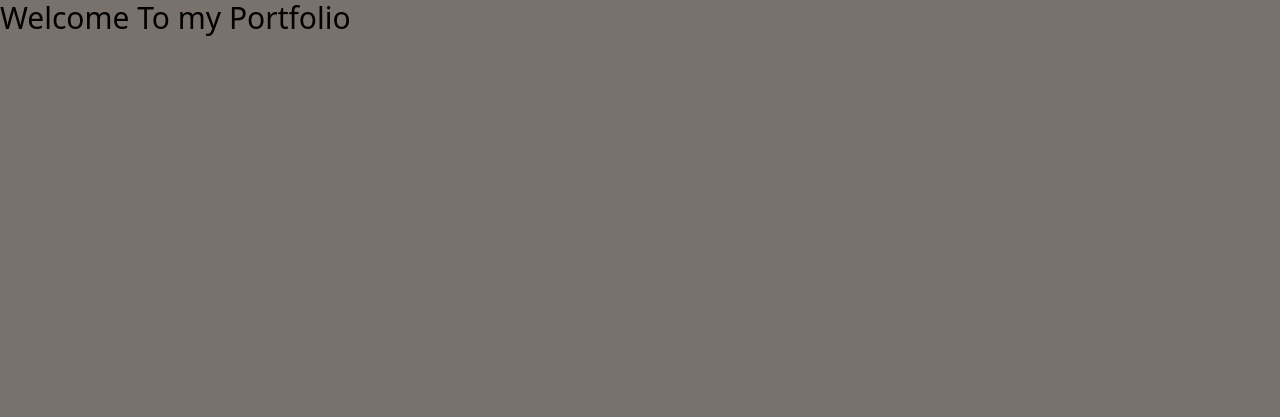
Repository: abhaysharma20233009/portfolio
Page: /
These files come from the project's save history. The page is drawn as it stood at one moment and after the next save; the edit follows.
The browser window is 1280 px wide. The pictures show the whole page.
The project was rebuilt for these pictures with package versions that can differ from the ones it lists, and the page was loaded fresh each time. Also part of the build but not shown: vite.config.js, src/App.css.

Above is the page before, as saved 2025-05-20 17:03:14.

### src/App.jsx
import { useState } from 'react'

import './App.css'

function App() {
  const [count, setCount] = useState(0)

  return (
    <>
     <div className="h-screen w-full text-3xl bg-stone-500">
  <h1 className='flex items-center text-3xl mix-blend-color-burn'>Welcome To my Portfolio</h1>
        </div>

    </>
  )
}

export default App

Loaded but not shown: index.html (common file); src/main.jsx (common file); src/index.css (common file)

After the next save:
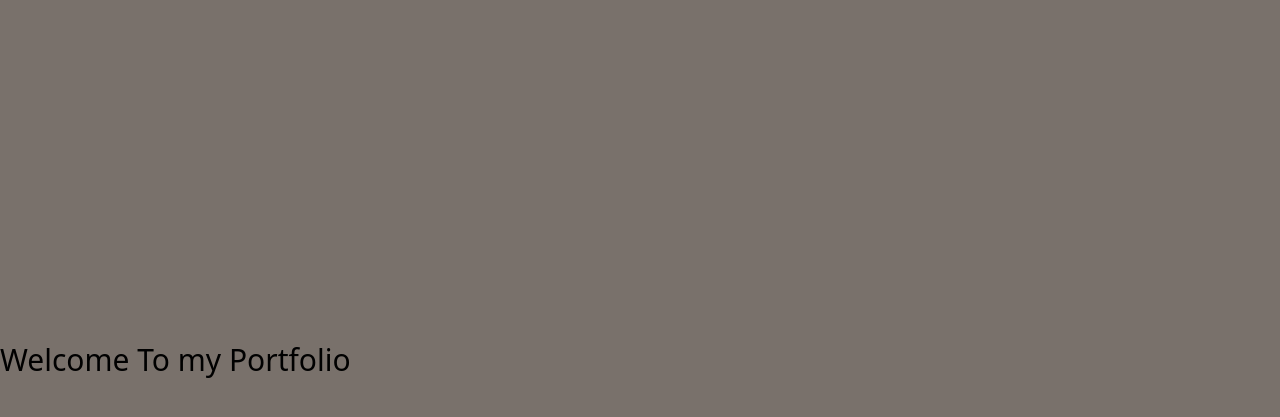
Saved 12 s later.
--- a/src/App.jsx
+++ b/src/App.jsx
@@ -7,8 +7,8 @@ function App() {
 
   return (
     <>
-     <div className="h-screen w-full text-3xl bg-stone-500">
-  <h1 className='flex items-center text-3xl mix-blend-color-burn'>Welcome To my Portfolio</h1>
+     <div className="flex items-center h-screen w-full text-3xl bg-stone-500">
+  <h1 className=' text-3xl mix-blend-color-burn'>Welcome To my Portfolio</h1>
         </div>
 
     </>
